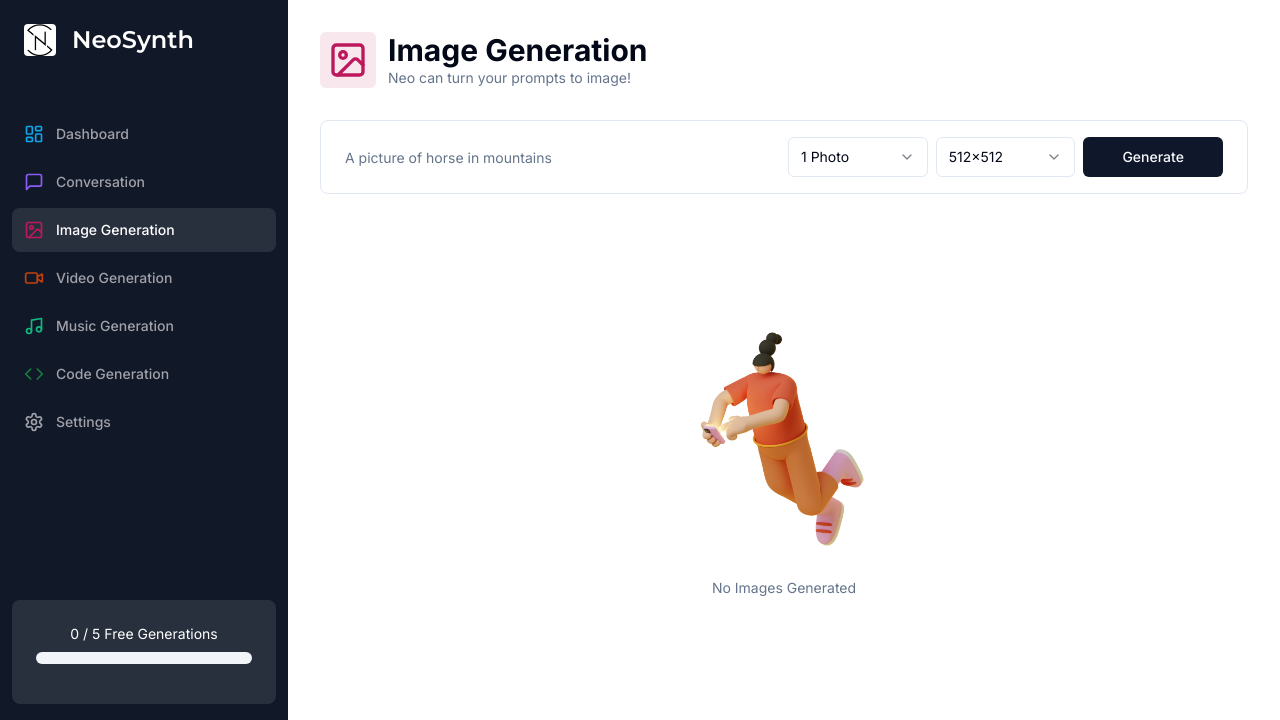
Repository: tathagat22/NeoSynth
Page: /image
These files come from the project's save history. The page is drawn as it stood at one moment and after the next save; the edit follows.
The browser window is 1280 px wide. The pictures show the whole page.
The page's requests for data from a server got no answer. The project was rebuilt for these pictures with package versions that can differ from the ones it lists, and the page was loaded fresh each time. Some packages were replaced by stand-ins written for this rebuild. The framework's server and built-in components were replaced by stand-ins that run in the browser. No one was signed in, and anything a server would have sent is missing. Also part of the build but not shown: next.config.js, components/ui/label.tsx, components/loader.tsx.

Above is the page before, as saved 2023-09-03 17:09:34.

### app/layout.tsx
import "./globals.css";
import type { Metadata } from "next";
import { Inter } from "next/font/google";
import { ClerkProvider } from "@clerk/nextjs";

const inter = Inter({ subsets: ["latin"] });

export const metadata: Metadata = {
  title: "NeoSynth",
  description: "Neo is thinking for you behind the matrix",
};

export default function RootLayout({
  children,
}: {
  children: React.ReactNode;
}) {
  return (
    <ClerkProvider>
      <html lang="en">
        <body className={inter.className}>{children}</body>
      </html>
    </ClerkProvider>
  );
}

### app/(dashboard)/layout.tsx
import Navbar from "@/components/Navbar";
import Sidebar from "@/components/sidebar";
import { getApiLimitCount } from "@/lib/api-limit";

const DashboardLayout = async ({ children }: { children: React.ReactNode }) => {
  const apiLimitCount = await getApiLimitCount();
  return (
    <div className="h-full relative">
      <div className="hidden h-full md:flex md:w-72 md:flex-col md:fixed md:inset-y-0 z-[80] bg-gray-900">
        <Sidebar apiLimitCount={apiLimitCount}/>
      </div>
      <main className="md:pl-72">
        <Navbar /> {children}
      </main>
    </div>
  );
};

export default DashboardLayout;

### app/globals.css
@tailwind base;
@tailwind components;
@tailwind utilities;

html, body, :root {
  height: 100%;
}
@layer base {
  :root {
    --background: 0 0% 100%;
    --foreground: 222.2 84% 4.9%;

    --card: 0 0% 100%;
    --card-foreground: 222.2 84% 4.9%;

    --popover: 0 0% 100%;
    --popover-foreground: 222.2 84% 4.9%;

    --primary: 222.2 47.4% 11.2%;
    --primary-foreground: 210 40% 98%;

    --secondary: 210 40% 96.1%;
    --secondary-foreground: 222.2 47.4% 11.2%;

    --muted: 210 40% 96.1%;
    --muted-foreground: 215.4 16.3% 46.9%;

    --accent: 210 40% 96.1%;
    --accent-foreground: 222.2 47.4% 11.2%;

    --destructive: 0 84.2% 60.2%;
    --destructive-foreground: 210 40% 98%;

    --border: 214.3 31.8% 91.4%;
    --input: 214.3 31.8% 91.4%;
    --ring: 222.2 84% 4.9%;

    --radius: 0.5rem;
  }

  .dark {
    --background: 222.2 84% 4.9%;
    --foreground: 210 40% 98%;

    --card: 222.2 84% 4.9%;
    --card-foreground: 210 40% 98%;

    --popover: 222.2 84% 4.9%;
    --popover-foreground: 210 40% 98%;

    --primary: 210 40% 98%;
    --primary-foreground: 222.2 47.4% 11.2%;

    --secondary: 217.2 32.6% 17.5%;
    --secondary-foreground: 210 40% 98%;

    --muted: 217.2 32.6% 17.5%;
    --muted-foreground: 215 20.2% 65.1%;

    --accent: 217.2 32.6% 17.5%;
    --accent-foreground: 210 40% 98%;

    --destructive: 0 62.8% 30.6%;
    --destructive-foreground: 210 40% 98%;

    --border: 217.2 32.6% 17.5%;
    --input: 217.2 32.6% 17.5%;
    --ring: 212.7 26.8% 83.9%;
  }
}

@layer base {
  * {
    @apply border-border;
  }
  body {
    @apply bg-background text-foreground;
  }
}

### components/Navbar.tsx

import { UserButton } from "@clerk/nextjs";
import MobileSidebar from "./mobile-sidebar";

const Navbar = () => {
    return (
        <div className="flex items-center p-4">
            <MobileSidebar />
            <div className="flex w-full justify-end">
                <UserButton afterSignOutUrl="/"/>
            </div>
        </div>
     );
}

export default Navbar;

### components/sidebar.tsx
"use client";

import { cn } from "@/lib/utils";
import { Montserrat } from "next/font/google";
import Image from "next/image";
import Link from "next/link";
import { usePathname } from "next/navigation";
import {
  LayoutDashboard,
  MessageSquare,
  ImageIcon,
  VideoIcon,
  Music,
  Code,
  Settings,
} from "lucide-react";
import { FreeCounter } from "./free-counter";
const montserrat = Montserrat({ weight: "600", subsets: ["latin"] });
const routes = [
  {
    label: "Dashboard",
    icon: LayoutDashboard,
    href: "/dashboard",
    color: "text-sky-500",
  },
  {
    label: "Conversation",
    icon: MessageSquare,
    href: "/conversation",
    color: "text-violet-500",
  },
  {
    label: "Image Generation",
    icon: ImageIcon,
    href: "/image",
    color: "text-pink-700",
  },
  {
    label: "Video Generation",
    icon: VideoIcon,
    href: "/video",
    color: "text-orange-700",
  },
  {
    label: "Music Generation",
    icon: Music,
    href: "/music",
    color: "text-emerald-500",
  },
  {
    label: "Code Generation",
    icon: Code,
    href: "/code",
    color: "text-green-700",
  },
  {
    label: "Settings",
    icon: Settings,
    href: "/settings",
  },
];

interface SidebarProps {
  apiLimitCount: number;
};

const Sidebar = ({apiLimitCount = 0} : SidebarProps ) => {
  const pathname = usePathname();
  return (
    <div className="space-y-4 py-4 flex flex-col h-full bg-[#111827] text-white">
      <div className="px-3 py-2 flex-1">
        <Link href="/dashboard" className="flex items-center pl-3 mb-14">
          <div className="relative w-8 h-8 mr-4 rounded">
            <Image className="rounded" fill alt="Logo" src="/logo.png" />
          </div>
          <h1 className={cn("text-2xl font-bold", montserrat.className)}>
            NeoSynth
          </h1>
        </Link>
        <div className="space-y-1">
          {routes.map((route) => (
            <Link
              href={route.href}
              key={route.href}
              className={cn(
                "text-sm group flex p-3 w-full justify-start font-medium cursor-pointer hover:text-white hover:bg-white/10 rounded-lg transition", pathname == route.href ? "text-white bg-white/10" : "text-zinc-400"
              )}
            >
              <div className="flex items-center flex-1">
                <route.icon className={cn("h-5 w-5 mr-3", route.color)} />{" "}
                {route.label}
              </div>
            </Link>
          ))}
        </div>
      </div>
      <FreeCounter
        apiLimitCount={apiLimitCount}
      />
    </div>
  );
};

export default Sidebar;

### lib/api-limit.ts
import { auth } from "@clerk/nextjs";

import prismadb from "./prismadb";

import { MAX_FREE_COUNTS } from "@/constants";

export const increaseApiLimit = async () => {
  const { userId } = auth();

  if (!userId) {
    return;
  }

  const userApiLimit = await prismadb.userApiLimit.findUnique({
    where: {
      userId,
    },
  });

  if (userApiLimit) {
    await prismadb.userApiLimit.update({
      where: { userId: userId },
      data: { count: userApiLimit.count + 1 },
    });
  } else {
    await prismadb.userApiLimit.create({
      data: { userId: userId, count: 1 },
    });
  }
};

export const checkApiLimit = async () => {
  const { userId } = auth();
  if (!userId) {
    return;
  }

  const userApiLimit = await prismadb.userApiLimit.findUnique({
    where: {
      userId,
    },
  });

  if (!userApiLimit || userApiLimit.count < MAX_FREE_COUNTS) {
    return true;
  } else {
    return false;
  }
};

export const getApiLimitCount = async () => {
  const { userId } = auth();
  if (!userId) {
    return 0;
  }

  const userApiLimit = await prismadb.userApiLimit.findUnique({
    where: {
        userId
    }
  });

  if(!userApiLimit) {
    return 0;
  }

  return userApiLimit.count;
};

### components/heading.tsx
import { cn } from "@/lib/utils";
import { LucideIcon } from "lucide-react";

interface HeadingProps {
  title: string;
  description: string;
  icon: LucideIcon;
  iconColor?: string;
  bgColor?: string;
}

export const Heading = ({
  title,
  description,
  icon: Icon,
  iconColor,
  bgColor,
}: HeadingProps) => {
  return (
    <div className="px-4 lg:px-8 flex items-center gap-x-3 mb-8">
      <div className={cn("p-2 w-fit rounded-md", bgColor)}>
        <Icon className={cn("w-10 h-10", iconColor)} />
      </div>
      <div>
        <h2 className="text-3xl font-bold">{title}</h2>
        <p className="text-sm text-muted-foreground">{description}</p>
      </div>
    </div>
  );
};

### app/(dashboard)/(routes)/image/constants.ts
import * as z from "zod";

export const formSchema = z.object({
  prompt: z.string().min(1, { message: "Image Prompt is required" }),
  amount: z.string().min(1),
  resolution: z.string().min(1),
});

export const amountOptions = [
  {
    value: "1",
    label: "1 Photo"
  },
  {
    value: "2",
    label: "2 Photo"
  },
  {
    value: "3",
    label: "3 Photo"
  },
  {
    value: "4",
    label: "4 Photo"
  },
  {
    value: "5",
    label: "5 Photo"
  },
];

export const resolutionOptions = [
  {
    value: "256x256",
    label: "256x256",
  },
  {
    value: "512x512",
    label: "512x512",
  },
  {
    value: "1024x1024",
    label: "1024x1024",
  },
];

### components/ui/form.tsx
import * as React from "react"
import * as LabelPrimitive from "@radix-ui/react-label"
import { Slot } from "@radix-ui/react-slot"
import {
  Controller,
  ControllerProps,
  FieldPath,
  FieldValues,
  FormProvider,
  useFormContext,
} from "react-hook-form"

import { cn } from "@/lib/utils"
import { Label } from "@/components/ui/label"

const Form = FormProvider

type FormFieldContextValue<
  TFieldValues extends FieldValues = FieldValues,
  TName extends FieldPath<TFieldValues> = FieldPath<TFieldValues>
> = {
  name: TName
}

const FormFieldContext = React.createContext<FormFieldContextValue>(
  {} as FormFieldContextValue
)

const FormField = <
  TFieldValues extends FieldValues = FieldValues,
  TName extends FieldPath<TFieldValues> = FieldPath<TFieldValues>
>({
  ...props
}: ControllerProps<TFieldValues, TName>) => {
  return (
    <FormFieldContext.Provider value={{ name: props.name }}>
      <Controller {...props} />
    </FormFieldContext.Provider>
  )
}

const useFormField = () => {
  const fieldContext = React.useContext(FormFieldContext)
  const itemContext = React.useContext(FormItemContext)
  const { getFieldState, formState } = useFormContext()

  const fieldState = getFieldState(fieldContext.name, formState)

  if (!fieldContext) {
    throw new Error("useFormField should be used within <FormField>")
  }

  const { id } = itemContext

  return {
    id,
    name: fieldContext.name,
    formItemId: `${id}-form-item`,
    formDescriptionId: `${id}-form-item-description`,
    formMessageId: `${id}-form-item-message`,
    ...fieldState,
  }
}

type FormItemContextValue = {
  id: string
}

const FormItemContext = React.createContext<FormItemContextValue>(
  {} as FormItemContextValue
)

const FormItem = React.forwardRef<
  HTMLDivElement,
  React.HTMLAttributes<HTMLDivElement>
>(({ className, ...props }, ref) => {
  const id = React.useId()

  return (
    <FormItemContext.Provider value={{ id }}>
      <div ref={ref} className={cn("space-y-2", className)} {...props} />
    </FormItemContext.Provider>
  )
})
FormItem.displayName = "FormItem"

const FormLabel = React.forwardRef<
  React.ElementRef<typeof LabelPrimitive.Root>,
  React.ComponentPropsWithoutRef<typeof LabelPrimitive.Root>
>(({ className, ...props }, ref) => {
  const { error, formItemId } = useFormField()

  return (
    <Label
      ref={ref}
      className={cn(error && "text-destructive", className)}
      htmlFor={formItemId}
      {...props}
    />
  )
})
FormLabel.displayName = "FormLabel"

const FormControl = React.forwardRef<
  React.ElementRef<typeof Slot>,
  React.ComponentPropsWithoutRef<typeof Slot>
>(({ ...props }, ref) => {
  const { error, formItemId, formDescriptionId, formMessageId } = useFormField()

  return (
    <Slot
      ref={ref}
      id={formItemId}
      aria-describedby={
        !error
          ? `${formDescriptionId}`
          : `${formDescriptionId} ${formMessageId}`
      }
      aria-invalid={!!error}
      {...props}
    />
  )
})
FormControl.displayName = "FormControl"

const FormDescription = React.forwardRef<
  HTMLParagraphElement,
  React.HTMLAttributes<HTMLParagraphElement>
>(({ className, ...props }, ref) => {
  const { formDescriptionId } = useFormField()

  return (
    <p
      ref={ref}
      id={formDescriptionId}
      className={cn("text-sm text-muted-foreground", className)}
      {...props}
    />
  )
})
FormDescription.displayName = "FormDescription"

const FormMessage = React.forwardRef<
  HTMLParagraphElement,
  React.HTMLAttributes<HTMLParagraphElement>
>(({ className, children, ...props }, ref) => {
  const { error, formMessageId } = useFormField()
  const body = error ? String(error?.message) : children

  if (!body) {
    return null
  }

  return (
    <p
      ref={ref}
      id={formMessageId}
      className={cn("text-sm font-medium text-destructive", className)}
      {...props}
    >
      {body}
    </p>
  )
})
FormMessage.displayName = "FormMessage"

export {
  useFormField,
  Form,
  FormItem,
  FormLabel,
  FormControl,
  FormDescription,
  FormMessage,
  FormField,
}

### components/ui/input.tsx
import * as React from "react"

import { cn } from "@/lib/utils"

export interface InputProps
  extends React.InputHTMLAttributes<HTMLInputElement> {}

const Input = React.forwardRef<HTMLInputElement, InputProps>(
  ({ className, type, ...props }, ref) => {
    return (
      <input
        type={type}
        className={cn(
          "flex h-10 w-full rounded-md border border-input bg-background px-3 py-2 text-sm ring-offset-background file:border-0 file:bg-transparent file:text-sm file:font-medium placeholder:text-muted-foreground focus-visible:outline-none focus-visible:ring-2 focus-visible:ring-ring focus-visible:ring-offset-2 disabled:cursor-not-allowed disabled:opacity-50",
          className
        )}
        ref={ref}
        {...props}
      />
    )
  }
)
Input.displayName = "Input"

export { Input }

### components/ui/button.tsx
import * as React from "react"
import { Slot } from "@radix-ui/react-slot"
import { cva, type VariantProps } from "class-variance-authority"

import { cn } from "@/lib/utils"

const buttonVariants = cva(
  "inline-flex items-center justify-center rounded-md text-sm font-medium ring-offset-background transition-colors focus-visible:outline-none focus-visible:ring-2 focus-visible:ring-ring focus-visible:ring-offset-2 disabled:pointer-events-none disabled:opacity-50",
  {
    variants: {
      variant: {
        default: "bg-primary text-primary-foreground hover:bg-primary/90",
        destructive:
          "bg-destructive text-destructive-foreground hover:bg-destructive/90",
        outline:
          "border border-input bg-background hover:bg-accent hover:text-accent-foreground",
        secondary:
          "bg-secondary text-secondary-foreground hover:bg-secondary/80",
        ghost: "hover:bg-accent hover:text-accent-foreground",
        link: "text-primary underline-offset-4 hover:underline",
      },
      size: {
        default: "h-10 px-4 py-2",
        sm: "h-9 rounded-md px-3",
        lg: "h-11 rounded-md px-8",
        icon: "h-10 w-10",
      },
    },
    defaultVariants: {
      variant: "default",
      size: "default",
    },
  }
)

export interface ButtonProps
  extends React.ButtonHTMLAttributes<HTMLButtonElement>,
    VariantProps<typeof buttonVariants> {
  asChild?: boolean
}

const Button = React.forwardRef<HTMLButtonElement, ButtonProps>(
  ({ className, variant, size, asChild = false, ...props }, ref) => {
    const Comp = asChild ? Slot : "button"
    return (
      <Comp
        className={cn(buttonVariants({ variant, size, className }))}
        ref={ref}
        {...props}
      />
    )
  }
)
Button.displayName = "Button"

export { Button, buttonVariants }

### components/empty.tsx
import Image from "next/image";

interface EmptyProps {
  label: string;
}

export const Empty = ({ label }: EmptyProps) => {
  return (
    <div className="h-full p-20 flex flex-col items-center justify-center">
      <div className="relative h-72 w-72">
        <Image src="/empty.png" fill alt="Empty" />
      </div>
      <p className="text-muted-foreground text-sm text-center">{label}</p>
    </div>
  );
};

### components/ui/card.tsx
import * as React from "react"

import { cn } from "@/lib/utils"

const Card = React.forwardRef<
  HTMLDivElement,
  React.HTMLAttributes<HTMLDivElement>
>(({ className, ...props }, ref) => (
  <div
    ref={ref}
    className={cn(
      "rounded-lg border bg-card text-card-foreground shadow-sm",
      className
    )}
    {...props}
  />
))
Card.displayName = "Card"

const CardHeader = React.forwardRef<
  HTMLDivElement,
  React.HTMLAttributes<HTMLDivElement>
>(({ className, ...props }, ref) => (
  <div
    ref={ref}
    className={cn("flex flex-col space-y-1.5 p-6", className)}
    {...props}
  />
))
CardHeader.displayName = "CardHeader"

const CardTitle = React.forwardRef<
  HTMLParagraphElement,
  React.HTMLAttributes<HTMLHeadingElement>
>(({ className, ...props }, ref) => (
  <h3
    ref={ref}
    className={cn(
      "text-2xl font-semibold leading-none tracking-tight",
      className
    )}
    {...props}
  />
))
CardTitle.displayName = "CardTitle"

const CardDescription = React.forwardRef<
  HTMLParagraphElement,
  React.HTMLAttributes<HTMLParagraphElement>
>(({ className, ...props }, ref) => (
  <p
    ref={ref}
    className={cn("text-sm text-muted-foreground", className)}
    {...props}
  />
))
CardDescription.displayName = "CardDescription"

const CardContent = React.forwardRef<
  HTMLDivElement,
  React.HTMLAttributes<HTMLDivElement>
>(({ className, ...props }, ref) => (
  <div ref={ref} className={cn("p-6 pt-0", className)} {...props} />
))
CardContent.displayName = "CardContent"

const CardFooter = React.forwardRef<
  HTMLDivElement,
  React.HTMLAttributes<HTMLDivElement>
>(({ className, ...props }, ref) => (
  <div
    ref={ref}
    className={cn("flex items-center p-6 pt-0", className)}
    {...props}
  />
))
CardFooter.displayName = "CardFooter"

export { Card, CardHeader, CardFooter, CardTitle, CardDescription, CardContent }

### components/mobile-sidebar.tsx
"use client";

import { Button } from "./ui/button";
import { Menu } from "lucide-react";
import { Sheet, SheetContent, SheetTrigger } from "./ui/sheet";
import Sidebar from "./sidebar";
import { useEffect, useState } from "react";
const MobileSidebar = () => {
  //Hydration Error Fix
  const [isMounted, setIsMounted] = useState(false);

  useEffect(() => {
    setIsMounted(true);
  }, []);
  if (!isMounted) return null;
  //Hydration Error Fix Ends Here
  return (
    <Sheet>
      <SheetTrigger>
        <Button variant="ghost" size="icon" className="md:hidden">
          <Menu />
        </Button>
      </SheetTrigger>
      <SheetContent side="left" className="p-0">
        <Sidebar />
      </SheetContent>
    </Sheet>
  );
};

export default MobileSidebar;

### components/free-counter.tsx
"use client";

import { useEffect, useState } from "react";
import { Card, CardContent } from "./ui/card";
import { MAX_FREE_COUNTS } from "@/constants";
import { Progress } from "./ui/progress";

interface FreeCounterProps {
  apiLimitCount: number;
}

export const FreeCounter = ({ apiLimitCount = 0 }: FreeCounterProps) => {
  const [mounted, setMounted] = useState(false);

  useEffect(() => {
    setMounted(true);
  }, []);

  if (!mounted) {
    return null;
  }
  return (
    <div className="px-3">
      <Card className="bg-white/10 border-0">
        <CardContent className="py-6">
          <div className="text-center text-sm text-white mb-4 space-y-2">
            <p>
              {apiLimitCount} / {MAX_FREE_COUNTS} Free Generations
            </p>
            <Progress
              className="h-3"
              value={(apiLimitCount / MAX_FREE_COUNTS) * 100}
            />
          </div>
        </CardContent>
      </Card>
    </div>
  );
};

### lib/prismadb.ts
import { PrismaClient} from "@prisma/client";

declare global {
    var prisma: PrismaClient | undefined;
}

const prismadb = globalThis.prisma || new PrismaClient();
if (process.env.NODE_ENV !== 'production') globalThis.prisma = prismadb;

export default prismadb;

### components/ui/progress.tsx
"use client"

import * as React from "react"
import * as ProgressPrimitive from "@radix-ui/react-progress"

import { cn } from "@/lib/utils"

const Progress = React.forwardRef<
  React.ElementRef<typeof ProgressPrimitive.Root>,
  React.ComponentPropsWithoutRef<typeof ProgressPrimitive.Root>
>(({ className, value, ...props }, ref) => (
  <ProgressPrimitive.Root
    ref={ref}
    className={cn(
      "relative h-4 w-full overflow-hidden rounded-full bg-secondary",
      className
    )}
    {...props}
  >
    <ProgressPrimitive.Indicator
      className="h-full w-full flex-1 bg-primary transition-all"
      style={{ transform: `translateX(-${100 - (value || 0)}%)` }}
    />
  </ProgressPrimitive.Root>
))
Progress.displayName = ProgressPrimitive.Root.displayName

export { Progress }

Loaded but not shown: lib/utils.ts (common file); constants.ts (common file); tailwind.config.js (common file); app/(dashboard)/(routes)/image/page.tsx (187 lines, source omitted); components/ui/sheet.tsx (144 lines, source omitted); components/ui/select.tsx (121 lines, source omitted)

After the next save:
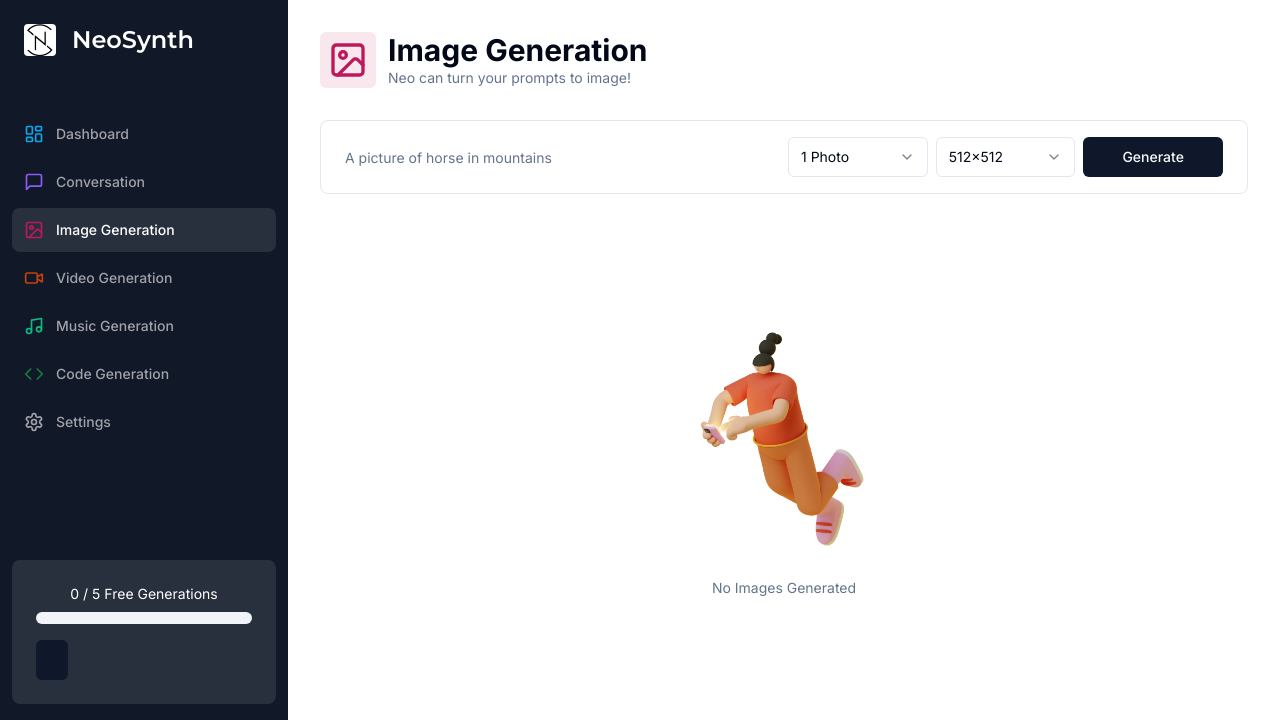
Saved 17 s later.
--- a/components/free-counter.tsx
+++ b/components/free-counter.tsx
@@ -4,6 +4,7 @@
 import { Card, CardContent } from "./ui/card";
 import { MAX_FREE_COUNTS } from "@/constants";
 import { Progress } from "./ui/progress";
+import { Button } from "./ui/button";
 
 interface FreeCounterProps {
   apiLimitCount: number;
@@ -32,6 +33,9 @@
               value={(apiLimitCount / MAX_FREE_COUNTS) * 100}
             />
           </div>
+          <Button>
+
+          </Button>
         </CardContent>
       </Card>
     </div>
